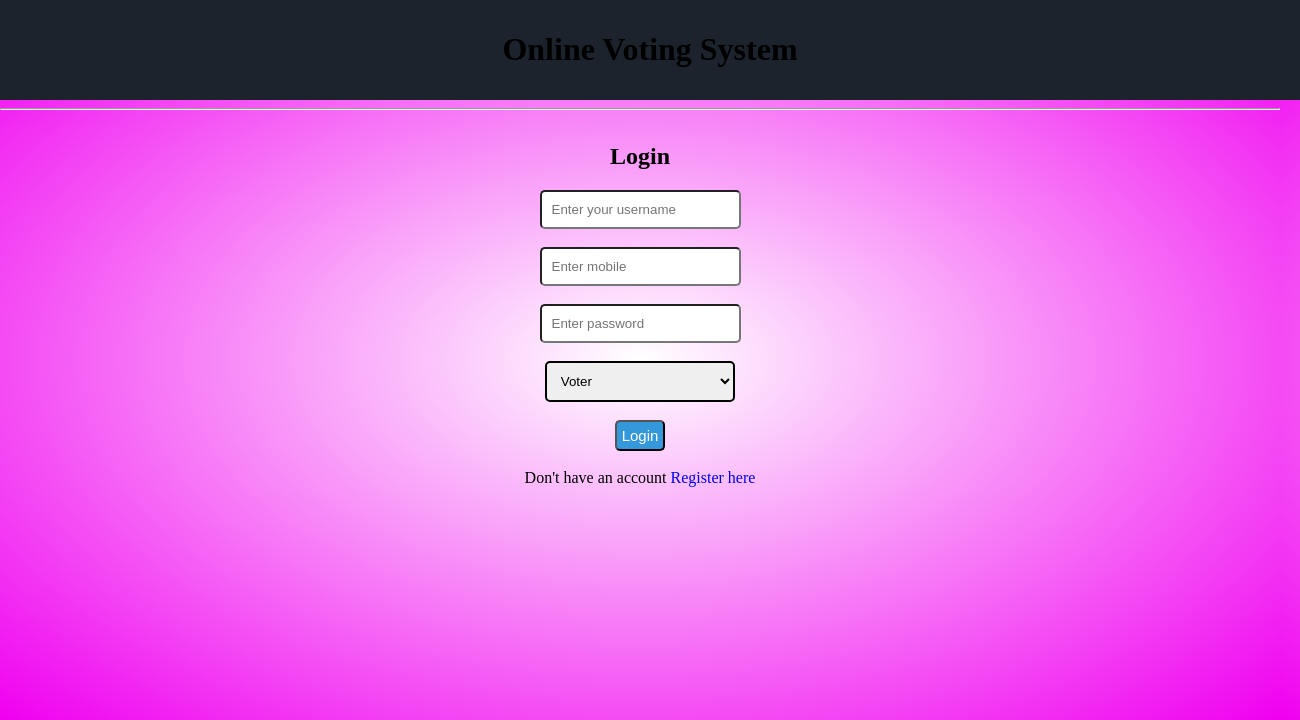
Repository: LeLoUcH-V-BrItAnIa/voting
Page: http://localhost/
An editor plug-in stored every save of this project. The page is shown before and after the next save, followed by the edit.
The browser window is 1280 px wide. The page is 1300 px wide, so the pictures cover 1300 px, including what lies to the right of the window. The pictures show the whole page.
The page is run by PHP 8.4 with error messages shown; the project is at /var/www/html/.

Above is the page before, as saved 2023-08-31 11:56:28.

### online-voting-system/index.php
<html>
    <head>
        <title>Online voting system - Home</title>
        <link rel="stylesheet" href="css/stylesheet.css">
    </head>
    <body>

            <center>
            <div id="headerSection" >
            <h1>Online Voting System</h1>
            </div>
            <hr>

            <div id="loginSection">
                <h2>Login</h2>
                <form action="api/login.php" method="POST">
                    <input type="text" name="username" placeholder="Enter your username" required><br><br>
                    <input type="number" name="mob" placeholder="Enter mobile" required><br><br>
                    <input type="password" name="pass" placeholder="Enter password" required><br><br>
                    <select name="role" style="width: 15%; border: 2px solid black">
                        <option value="1">Voter</option>
                        <option value="2">Candidate</option>
                    </select><br><br>
                    <button id="loginbtn" type="submit" name="loginbtn">Login</button><br><br>
                    Don't have an account <a href="routes/register.php">Register here</a>
                </form>
            </div>

            </center>
    </body>
</html>

### online-voting-system/css/stylesheet.css
body,html{
  margin: 0;
  height: 100%;

}
input {
  padding: 10px;
  border-radius: 5px;
}

select {
  padding: 10px;
  border-radius: 5px;
}

#upload {
  padding: 10px;
  border-radius: 5px;
  border: 2px solid black;
}

#headerSection {
  text-align: center;
  background-color: rgb(28, 35, 44);
  padding: 10px;
  width: 100%;
  font-family: Cursive;
}

#loginSection {
  padding: 5px;
}

body {
  /* background:linear-gradient(#f000f0,#144568,#f000f0,#f000f0); */
  background: radial-gradient(#fff,#f000f0);
}

#loginbtn {
  padding: 5px;
  font-size: 15px;
  background-color: #3498db;
  color: white;
  border-radius: 5px;
}

#reglink {
  padding: 5px;
  font-size: 15px;
  background-color: #3498db;
  color: white;
  border-radius: 5px;
  text-decoration: none;
}

a {
  text-decoration: none;
}

#mainSection {
  padding: 10px;
}

#profileSection {
  width: 30%;
  float: left;
  background-color: white;
  padding: 20px;
}

#groupSection {
  width: 60%;
  float: right;
  background-color: white;
  padding: 20px;
}

#back-button {
  float: left;
  margin-left: 20px;
  margin-top: 20px;
  padding: 5px;
  font-size: 15px;
  background-color: #3498db;
  color: white;
  border-radius: 5px;
}

#logout-button {
  float: right;
  margin-right: 20px;
  margin-top: 20px;
  padding: 5px;
  font-size: 15px;
  background-color: #3498db;
  color: white;
  border-radius: 5px;
}

After the next save:
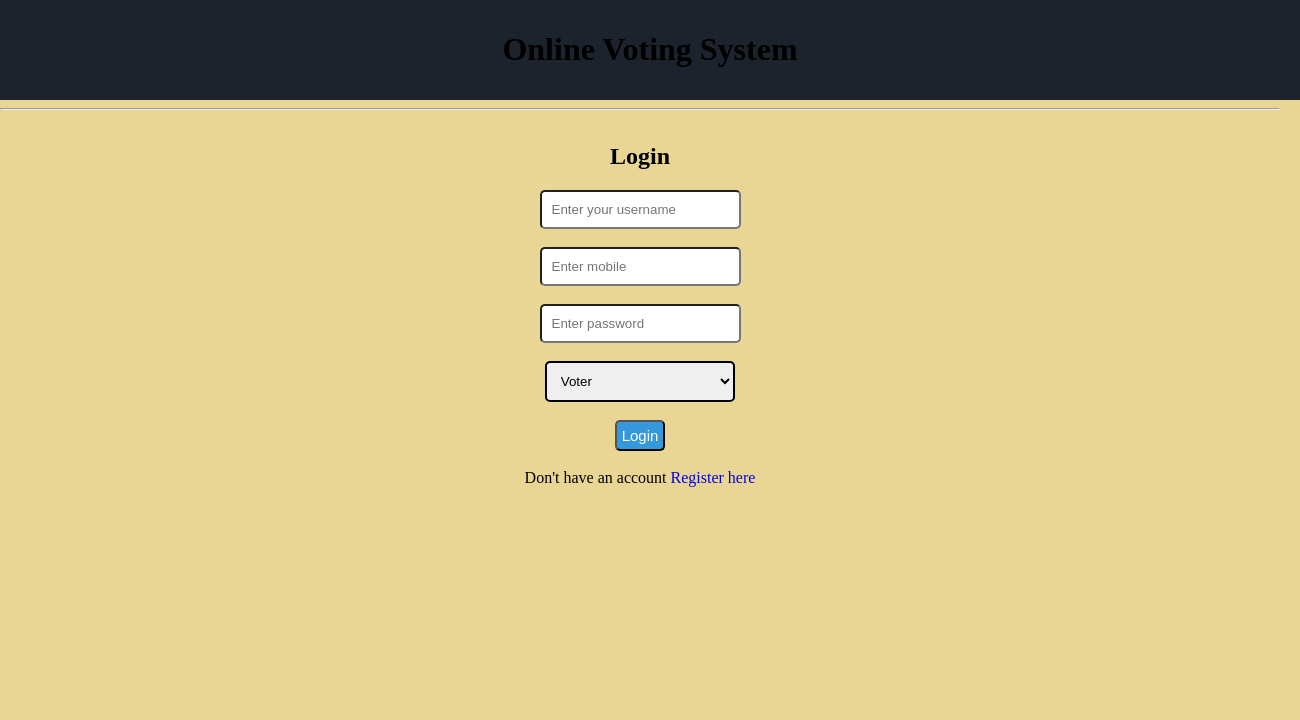
Saved 89 s later.
--- a/online-voting-system/css/stylesheet.css
+++ b/online-voting-system/css/stylesheet.css
@@ -32,8 +32,7 @@ select {
 }
 
 body {
-  /* background:linear-gradient(#f000f0,#144568,#f000f0,#f000f0); */
-  background: radial-gradient(#fff,#f000f0);
+  background-color: #e9d694;
 }
 
 #loginbtn {
